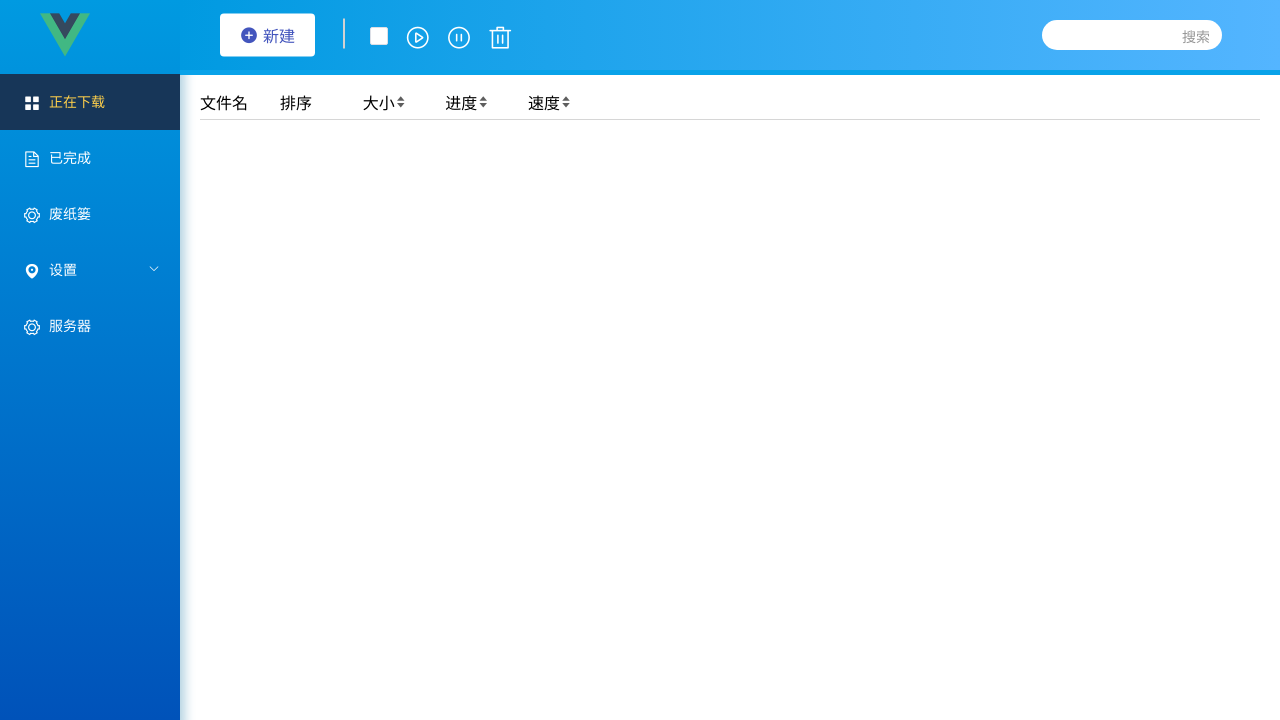
Repository: Ahui-qn/Aria2
Page: /
An editor plug-in stored every save of this project. The page is shown before and after the next save, followed by the edit.
The browser window is 1280 px wide. The pictures show the whole page.
The page's requests for data from a server got no answer. The project was rebuilt for these pictures with package versions that can differ from the ones it lists, and the page was loaded fresh each time. No one was signed in, and anything a server would have sent is missing. Also part of the build but not shown: src/components/Tables.vue.

Above is the page before, as saved 2021-11-03 11:31:44.

### src/main.js
import Vue from "vue";
import App from "./App.vue";
import router from "./router";
import store from "./store";
import Aria2Client from "./aria2-client.js"
import ElementUI from 'element-ui'
import 'element-ui/lib/theme-chalk/index.css'
import './assets/global.css'

Vue.use(ElementUI)


Vue.config.productionTip = false;

window.aria3 = new Aria2Client({
                    host: 'localhost',
                    port: 6800,
                    secret: '123456',
                })


new Vue({
  router,
  store,
  render: (h) => h(App),
}).$mount("#app");

### src/App.vue
<style lang="less" scopen>
* {
    margin: 0;
    padding: 0;
    box-sizing: border-box;
}
#app {
    display: flex;
    height: 100%;
     .el {
         height: 100%;
        .outmost-menu {
            border: none;
            width: 180px;
            height: 100%;
            box-shadow:5px 10px 10px 0px #0069994c;
            background-image:linear-gradient(#009ae1, #0052b9);
            padding-top: 10px;
            i {
                color: white;
            }
            .frist {
                margin-top: 14px;
            }
            img {
                display: block;
                width: 50px;
                margin-left: 40px;
            }
            .el-submenu {
                .el-menu {
                    background-color: #1c66ab;
                    .el-menu-item {
                        min-width: 0;
                    }
                    .el-menu-item:focus {   // 设置分组里focus颜色
                        background-color: #173658;
                    }
                    .el-menu-item-group__title {
                        display: none;
                    }
                }
            }
            .is-active {       //设置分组外层的focus颜色
                background-color: #173658;
            }
            .el-menu-item:hover {
                background-color: #173658;
            }

            .el-submenu__title:hover {
                background-color: #173658;
            }
        }
    }
    header {
        flex-grow: 1;
        nav {
            height: 70px;
            width: 100%;
            background-image:linear-gradient(to right, #009ae1, #54b5ff);
            position: relative;
            box-shadow:#09a2e9 0px 5px 0px 0px;
            .edit-status {
                height: 100%;
                padding-left:20px;
                .new {
                    margin-left: 20px;
                    background-color: #fff;
                    position: absolute;
                    color: #4355bd;
                    top: 50%;
                    transform: translateY(-50%);
                    border: none;
                    font-size: 16px;
                    a {
                        text-decoration:none;
                        color: #4355bd;
                    }
                    i {
                        font-size: 18px;
                    }
                }
                .new::after {
                    content: '';
                    height: 30px;
                    width: 2px;
                    background-color: rgb(210, 210, 210);
                    position: absolute;
                    top: 5px;
                    right: -30px;
                }
                .el-button-group::before {
                    content: none;
                }
                .el-button-group {
                    display: flex;
                    justify-content: space-between;
                    align-items: center;
                    padding: 0;
                    height: 50px;
                    width: 160px;
                    position: absolute;
                    left: 190px;
                    top:53%;
                    transform: translateY(-50%);
                    .el-checkbox__inner{
                        width: 18px;
                        height: 18px;
                    }
                    .el-checkbox__inner::after{
                        width: 7px;
                        height: 13px;
                        transform:rotate(42deg) scaleY(1) translate(-1px,-2px);
                    }

                    .el-button--primary {
                        border:none
                    }
                    .el-button{
                        background-color: rgba(255, 127, 80, 0);
                        border-radius: 0;
                        padding: 0;
                        i {
                            font-size: 25px;
                        }
                    }
                }
                label.search {
                    position: absolute;
                    top: 50%;
                    right: 50px;
                    transform: translateY(-50%);
                    span {
                        color: rgb(150, 150, 150);
                        position: absolute;
                        top: 6px;
                        right: 20px;
                        font-weight: 200;
                        font-size: 14px;
                    }
                    input {
                        width: 180px;
                        height: 30px;
                        border-radius: 999px;
                        border: none;
                        margin-right: 8px;
                        padding: 0 10px;
                    }
                }
            }
        }
    }
}
</style>

<template>
    <div id="app">
        <div class="el">
            <el-menu class="outmost-menu" text-color="#fff" active-text-color="#ffd04b" :router="true" :default-active="currentPath()">
                <img class="" src="./assets/logo.png" alt="" />
                <el-menu-item class="frist" index="/">
                    <i class="el-icon-menu"></i>
                    <span slot="title">正在下载</span>
                </el-menu-item>
                <el-menu-item index="/completed">
                    <i class="el-icon-document"></i>
                    <span slot="title">已完成</span>
                </el-menu-item>
                <el-menu-item index="/deleted">
                    <i class="el-icon-setting"></i>
                    <span slot="title">废纸篓</span>
                </el-menu-item>
                <el-submenu index="/settings">
                    <template slot="title">
                        <i class="el-icon-location"></i>
                        <span>设置</span>
                    </template>
                    <el-menu-item-group>
                        <el-menu-item index="/settings/basic">基础设置</el-menu-item>
                        <el-menu-item index="/settings/http">HTTP设置</el-menu-item>
                        <el-menu-item index="/settings/rpc">RPC设置</el-menu-item>
                        <el-menu-item index="/settings/advanced">高级设置</el-menu-item>
                    </el-menu-item-group>
                </el-submenu>
                <el-menu-item index="/server">
                    <i class="el-icon-setting"></i>
                    <span slot="title">服务器</span>
                </el-menu-item>
            </el-menu>
        </div>
        <header>
            <nav>
                <div class="edit-status">
                    <router-link to="/new">
                        <el-button type="primary" class="new" icon="el-icon-circle-plus">新建</el-button>
                    </router-link>
                    <el-button-group>
                        <el-checkbox @change="selectAll"></el-checkbox>   <!--全选按钮 ,拿取到当前组件的内容传递过去-->
                        <el-button type="primary" icon="el-icon-video-play" @click.native="editStatus('unpause')"></el-button>  <!--开始按钮-->
                        <el-button type="primary" icon="el-icon-video-pause" @click.native="editStatus('pause')"></el-button>  <!--暂停按钮-->
                        <el-button type="primary" icon="el-icon-delete" @click.native="editStatus('remove')"></el-button>   <!--删除按钮-->
                    </el-button-group>
                    <label class="search"><input type="text" /><span>搜索</span></label>
                </div>
            </nav>
            <router-view ></router-view>
        </header>
    </div>
</template>

<script>
import { mapMutations, mapActions } from 'vuex'

export default {
    name: 'App',
    data() {
        return {}
    },
    methods: {
         ...mapActions([
            'editStatus',
            ]),
        ...mapMutations([
            'selectAll',
            ]),
        currentPath() {
            return /\/\w*\/?/.exec(location.hash)[0]
        },
    },
}
</script>

### src/router/index.js
import Vue from 'vue'
import VueRouter from 'vue-router'
import Downloading from '../views/Downloading'

Vue.use(VueRouter)

const routes = [
    {
        path: '/',
        name: 'Downloading',
        component: Downloading,
    },
    {
        path: '/completed',
        name: 'Completed',
        component: () => import(/* webpackChunkName: "Completed" */ '../views/Completed.vue'),
    },
    {
        path: '/deleted',
        name: 'Deleted',
        component: () => import(/* webpackChunkName: "Deleted" */ '../views/Deleted.vue'),
    },
    {
        path: '/new',
        name: 'new',
        component: () => import(/* webpackChunkName: "newTask" */ '../views/NewTask.vue'),
    },
    {
        path: '/task/:gid',
        name: 'TaskDetails',
        component: () => import(/* webpackChunkName: "TaskDetails" */ '../views/TaskDetails.vue'),
    },
    {
        path: '/settings/:type',
        component: () => import(/* webpackChunkName: "setting" */ '../views/Setting.vue'),
    },

]

const router = new VueRouter({
    routes,
})

export default router

### src/store/index.js
import Vue from 'vue'
import Vuex from 'vuex'
import Aria2Client from '../aria2-client'
import { MessageBox } from 'element-ui';

Vue.use(Vuex)

export default new Vuex.Store({
    // strict: true,
    state: {
        tasks: [],    //正在下载任务列表，为多个对象
        search: '',   // 搜索功能输入的内容
        completeds: [],   // 已完成的task数据
        selected: [],
        aria2: new Aria2Client({
            host: 'localhost',
            port: 6800,
            secret: '123456',
        }),
    },
    getters: {
        showSearch(state) {   // 输入的内容匹配文件名字，搜索
            if (state.search == '') {
                return state.tasks
            }else {
                return state.tasks.filter(task => {
                    return task.files[0].path.toLowerCase().includes(state.search.toLowerCase())
                })
            }
        },
        getFileSize(state) {
            return function (task) {
                if (task.totalLength  > 1048576) {
                    return (task.totalLength / 1024 / 1024).toFixed(2) + ' MB'
                }else {
                    return (task.totalLength / 1024).toFixed(2) + ' KB'
                }
            }

        },
        getDownloadSpeed(state) {   // 当前下载速度
            return function (task) {
                if (task.status == 'paused') {
                    return '暂停中'
                }else if (task.status == 'waiting') {
                    return '等待中'
                }else  if (task.downloadSpeed == '0') {
                    return 0 + 'KB/s'
                }else if (task.downloadSpeed >= 1048576) {
                    return (task.downloadSpeed / 1024 / 1024).toFixed(2) + 'MB/s'
                }else {
                    return (task.downloadSpeed / 1024 ).toFixed(2) + 'KB/s'
                }

            }
        },
        getLinkName(state) {
            return function (task) {
                if (task.files?.[0].path) {  // 如果存在此文件
                    return task.files[0].path.split('/').at(-1) // path存在是一定有文件名的
                }else {
                    return task.files?.[0].uris?.[0].uri.split('/').at(-1) ?? '未知'
                }
            }
        },
        getProgress(state) {   // 当前下载进度，%显示
            return function (task) {
                if (task.completedLength == '0') {  // ???/等于000
                    return 0
                }else {
                    return Number((task.completedLength / task.totalLength * 100).toFixed(1))
                }
            }
        },
    },

    mutations: {
        selectedSwitch(state,task) {  // 切换选中selectedSwitch
                let idx = state.selected.indexOf(task.gid)
                if (idx == -1) {
                    state.selected.push(task.gid)  // 只传id
                }else {
                    state.selected.splice(idx, 1)
                }
        },
        selectAll (state) {    // 全部选择函数
            if (location.href.split('/').at(-1) == 'completed') { // 如果是在已完成页面
                if (state.selected.length == state.completeds.length) {
                    state.selected = []
                }else {
                    state.completeds.forEach((task) => {
                        state.selected.push(task.gid)
                    })
                }
            }else {  // 如果是在正在下载页面
                if (state.selected.length == state.tasks.length) {
                    state.selected = []  // 如果两个全都选中则清空数组
                }else {
                    state.tasks.forEach((task) => {
                        state.selected.push(task.gid)
                    })
                }
            }

        },
        handleSearchChange(state,e) {   // 搜索双向绑定
            state.search = e.target.value
        },
        updateList(state, tasks) {   // actions触发的task更新赋值函数
            state.tasks = tasks
        },
        editCompleteds(state, completeds) {
            state.completeds = completeds    // 将获取到的completeds赋值到新的completeds上
        }
    },

    actions: {
        async getCompletedName({commit,state}) {
            let completeds = [
                ...await state.aria2.tellStopped(0,1000)
            ]
            commit('editCompleteds', completeds)
        },
        async submit({state}, url) {
            await state.aria2.addUri([url])
       },
        async asyncUpdateList({ commit, state}) {     // Downloading组件页面每秒钟调用此函数更新数据
            let tasks = [
                ...await state.aria2.tellActive(),
                ...await state.aria2.tellWaiting(0,100)
            ]
            commit('updateList', tasks)
        },

        async editStatus({ state }, status) {   // 操作task删除、暂停、开始的操作
            if (status == 'remove') {
                try {
                   await MessageBox.confirm('确定删除？')   // element组件库的函数，返回一个promise
                }catch(e) {
                    return
                }
            }
            let selectedTask =  state.tasks.filter((task) => {
                return state.selected.includes(task.gid)
            })

            try {
                for (let task of selectedTask) {
                    if (task.status == 'active' && status == 'unpause') continue
                    if (task.status == 'pause' && status == 'pause') continue  // 如果不是这两个就是remove
                    await state.aria2[status](task.gid)   // 关与暂停、开始、删除操作都是传入gid
                    // 已删除的任务状态为removed，可以做已完成和已删除分类
            }
            } catch(e) {
                console.log('用element消息通知提示用户已暂停')
            }
            this.dispatch('asyncUpdateList')    // 调用上面的update更新状态
        },
    },

    modules: {},
})

### src/aria2-client.js
class Aria2Client {
    constructor(options) {
        this.options = options
        this.ws = new WebSocket(`ws://${options.host}:${options.port}/jsonrpc`)

        this.lastId = 1
        this.callbacks = {}  // 存储每个每次函数调用的回调函数

        this.connectPromise = new Promise((resolve, reject) => {  // 要么websocket处于连接成功状态，要么处于连接失败状态，正在连接中的话执行下面的forEach会报错
            this.ws.addEventListener('open', () => {
              resolve()
            })
            this.ws.addEventListener('error', (e) => {
              reject('WS_CONNECTION_ERROR')
            })
          })

        this.ws.addEventListener('message', (e) => {
            let data = JSON.parse(e.data)
            let callback = this.callbacks[data.id]  // 无论data是error还是result都带着此次会话id
            delete this.callbacks[data.id]
            if (typeof callback == 'function') {
                callback(data)
            }
        })
    }
}


   ;[
    "addUri",
    "addTorrent",
    "getPeers",
    "addMetalink",
    "remove",
    "pause",
    "forcePause",
    "pauseAll",
    "forcePauseAll",
    "unpause",
    "unpauseAll",
    "forceRemove",
    "changePosition",
    "tellStatus",
    "getUris",
    "getFiles",
    "getServers",
    "tellActive",
    "tellWaiting",
    "tellStopped",
    "getOption",
    "changeUri",
    "changeOption",
    "getGlobalOption",
    "changeGlobalOption",
    "purgeDownloadResult",
    "removeDownloadResult",
    "getVersion",
    "getSessionInfo",
    "shutdown",
    "forceShutdown",
    "getGlobalStat",
    "saveSession"
    ].forEach(methodName => {
        Aria2Client.prototype[methodName] = function (...args) {  // ...args为每个函数的 『 第一个参数之后 』的每个参数
            return this.connectPromise.then(() => {   //

                return new Promise((resolve, reject) => {
                    let id = this.lastId++
                    this.callbacks[id] = function (data) {  //ws.message事件触发调用callback说明data收到
                        if (data.error) {  // 如果data放回的是一个error说明出错
                            reject(data.error)
                        }else {
                            resolve(data.result)    //拿到结果，promise状态确定
                        }
                    }
                    this.ws.send(JSON.stringify({
                        jsonrpc : '2.0',
                        id : id,
                        method: 'aria2.' + methodName,
                        params: [`token:${this.options.secret}`, ...args]
                    }))
                })

            })
        }
    })




    export default Aria2Client

### src/assets/global.css
html, body {
    height: 100%;
    width: 100%;
}

### src/views/Downloading.vue
<style scoped lang="less">
</style>

<template>
    <div id="dowloading">
        <Header :isShowSpeed="true"/>
        <Tables
            v-for="(task) of showSearch"
            @click.native="selectedSwitch(task)"
            :key="task.gid"
            :filename="getLinkName(task)"
            :filesize="getFileSize(task)"
            :progress="getProgress(task)"
            :speed="getDownloadSpeed(task)"
            :selected="selected"
            :task="task"
        />
    </div>
</template>

<script>

import { mapState , mapMutations, mapGetters,  mapActions} from "vuex"
import Header from '../components/Header.vue'
import Tables from  "../components/Tables.vue"
export default {
    name:'downloading',
    data() {
        return {}
    },
    components: {
        Tables,
        Header,
    },
    mounted() {
        this.$store.dispatch('asyncUpdateList')
        this.IntervalId = setInterval(() => {
            this.$store.dispatch('asyncUpdateList')
        },1000)
    },

    beforeDestroy() {
        clearInterval(this.IntervalId)
    },
    computed : {
        ...mapState(['selected']),
        ...mapGetters([
            'showSearch',
            'getLinkName',
            'getProgress',
            'getDownloadSpeed',
            'getFileSize'
            ]),
    },
    methods :{
        ...mapActions(['editStatus']),
        ...mapMutations([   // 函数作用注释在store里
            'selectedSwitch',
            'selectAll',
            'updateList',
            'handleSearchChange',
            ]),
    },
}
</script>

### src/components/Header.vue
<style scoped lang="less">
    .classify {
        margin: 20px;
        font-size: 16px;
        position: relative;
        height: 30px;
        border-bottom: 1px rgba(198, 198, 198, 0.715) solid;
        div.container {
            position: absolute;
            top: 0;
            left: 80px;
            display: flex;
            width: 280px;
            justify-content: space-between;
            div {
                position: relative;
                i {
                    position: absolute;
                    font-size: 12px;
                    color: rgb(94, 94, 94);
                }
                i:nth-of-type(1) {
                    top: 3px;
                }
                i:nth-of-type(2) {
                    top: 9px;
                }
            }
        }
}
</style>
<template>
    <div>
        <header class="classify">
            <span>文件名</span>
            <div class="container">
                <p>排序</p>
                <div>
                    <span>大小</span>
                    <i class="el-icon-caret-top"></i>
                    <i class="el-icon-caret-bottom"></i>
                </div>
                <div>
                    <span>进度</span>
                    <i class="el-icon-caret-top"></i>
                    <i class="el-icon-caret-bottom"></i>
                </div>
                <div v-show="isShowSpeed">
                    <span>速度</span>
                     <i class="el-icon-caret-top"></i>
                     <i class="el-icon-caret-bottom"></i>
                </div>
            </div>
        </header>
    </div>
</template>
<script>
export default {
    name: 'Header',
    props: {
        isShowSpeed: {
            type: Boolean,
            required: false,
            default: true
        }
    }
}
</script>

Loaded but not shown: public/index.html (common file)

After the next save:
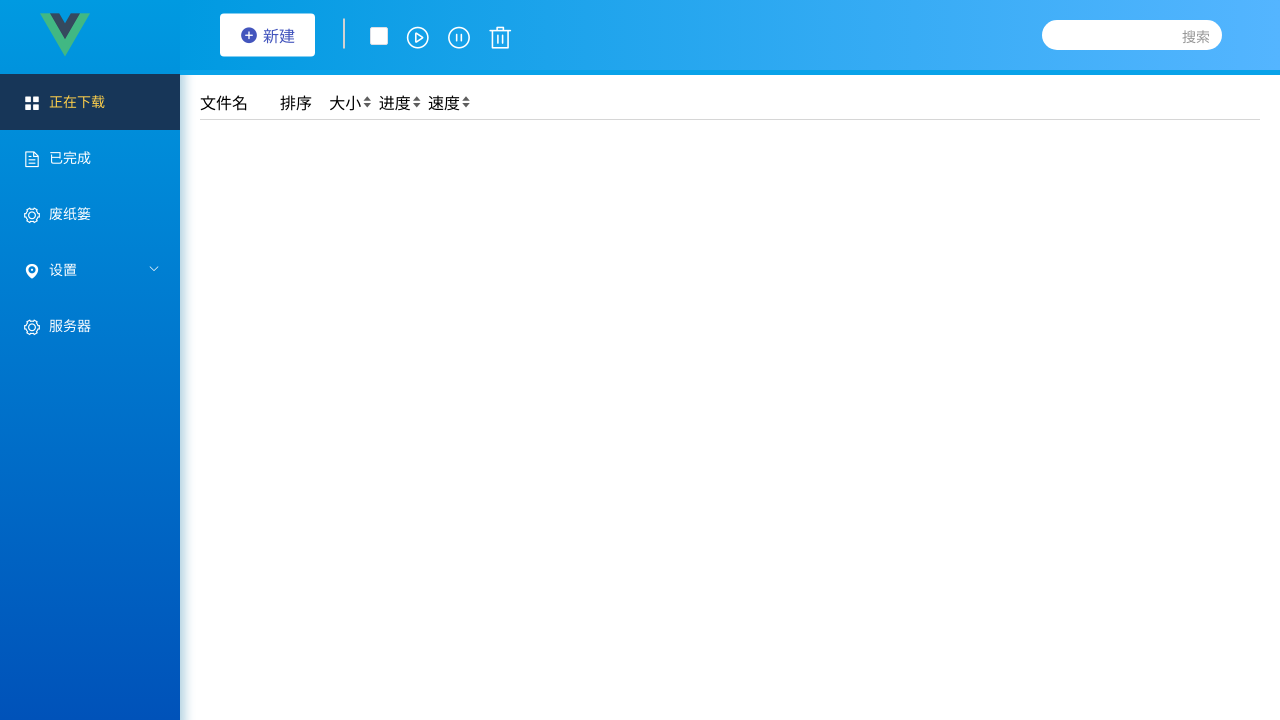
Saved 10 s later.
--- a/src/components/Header.vue
+++ b/src/components/Header.vue
@@ -10,7 +10,7 @@
             top: 0;
             left: 80px;
             display: flex;
-            width: 280px;
+            width: 180px;
             justify-content: space-between;
             div {
                 position: relative;
